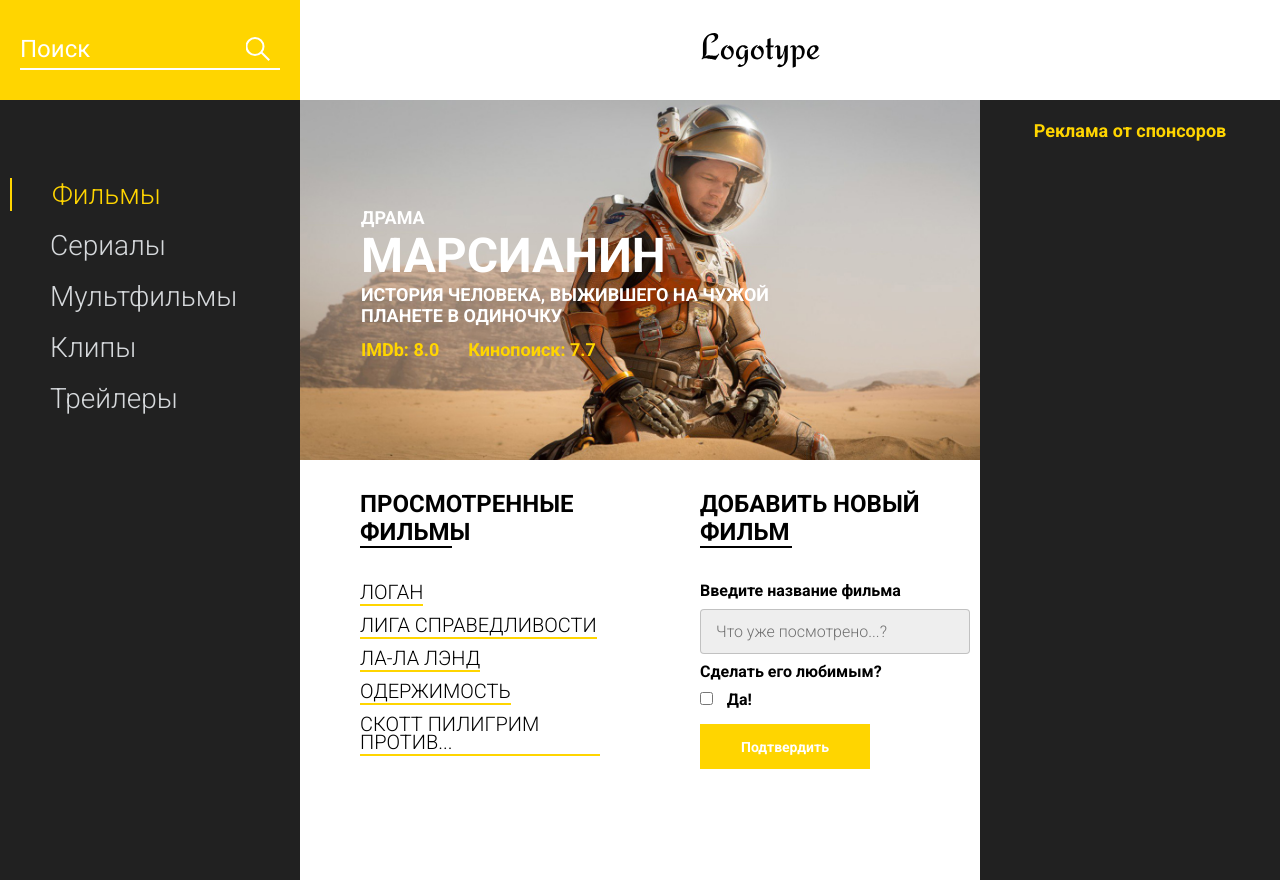
Repository: armus503/practice.-using-events-on-the-project-page
Page: index.html
The author's editor kept a copy of each file at every save. The page is drawn from the files as they stood at one save, then again after the next save.
The browser window is 1280 px wide. The pictures show the whole page.

Above is the page before, as saved 2021-09-05 17:44:57.
Console error: ReferenceError: moveList is not defined

### index.html
<!DOCTYPE html>
<html lang="en">

<head>
    <meta charset="UTF-8">
    <meta name="viewport" content="width=device-width, initial-scale=1.0">
    <title>Movie DB</title>
    <link href="https://fonts.googleapis.com/css?family=Roboto:300,400,700&display=swap&subset=cyrillic-ext" rel="stylesheet">
    <link rel="stylesheet" href="css/style.min.css">
</head>

<body>
    <header class="header">
        <div class="header__search">
            <form action="#">
                <input type="text" placeholder="Поиск">
            </form>
        </div>
        <div class="header__logo">
            <img src="icons/Logotype.svg" alt="logo">
        </div>
    </header>
    <main class="promo">
        <div class="promo__menu">
            <nav class="promo__menu-list">
                <ul>
                    <li><a class="promo__menu-item promo__menu-item_active" href="#">Фильмы</a></li>
                    <li><a class="promo__menu-item" href="#">Сериалы</a></li>
                    <li><a class="promo__menu-item" href="#">Мультфильмы</a></li>
                    <li><a class="promo__menu-item" href="#">Клипы</a></li>
                    <li><a class="promo__menu-item" href="#">Трейлеры</a></li>
                </ul>
            </nav>
        </div>
        <div class="promo__content">
            <div class="promo__bg">
                <div class="promo__genre">КОМЕДИЯ</div>
                <div class="promo__title">МАРСИАНИН</div>
                <div class="promo__descr">ИСТОРИЯ ЧЕЛОВЕКА, ВЫЖИВШЕГО НА ЧУЖОЙ ПЛАНЕТЕ В ОДИНОЧКУ</div>
                <div class="promo__ratings">
                    <span>IMDb: 8.0</span>
                    <span>Кинопоиск: 7.7</span>
                </div>
            </div>
            <div class="promo__interactive">
                <div>
                    <div class="promo__interactive-title">ПРОСМОТРЕННЫЕ ФИЛЬМЫ</div>
                    <ul class="promo__interactive-list">
                        <li class="promo__interactive-item">ЛОГАН
                            <div class="delete"></div>
                        </li>
                        <li class="promo__interactive-item">ЛИГА СПРАВЕДЛИВОСТИ
                            <div class="delete"></div>
                        </li>
                        <li class="promo__interactive-item">ЛА-ЛА ЛЭНД
                            <div class="delete"></div>
                        </li>
                        <li class="promo__interactive-item">ОДЕРЖИМОСТЬ
                            <div class="delete"></div>
                        </li>
                        <li class="promo__interactive-item">СКОТТ ПИЛИГРИМ ПРОТИВ...
                            <div class="delete"></div>
                        </li>
                    </ul>
                </div>
                <div>
                    <form class="add">
                        <div class="promo__interactive-title">ДОБАВИТЬ НОВЫЙ ФИЛЬМ</div>
                        <span>Введите название фильма</span>
                        <input class="adding__input" type="text" placeholder="Что уже посмотрено...?">
                        <span>Сделать его любимым?</span>
                        <input type="checkbox">
                        <span class="yes">Да!</span>
                        <button>Подтвердить</button>
                    </form>
                </div>
            </div>
        </div>
        <div class="promo__adv">
            <div class="promo__adv-title">Реклама от спонсоров</div>
            <img src="img/content_1.jpg" alt="some picture">
            <img src="img/content_2.jpg" alt="some picture">
            <img src="img/content_3.png" alt="some picture">
        </div>
    </main>

    <script src="js/script.js"></script>
</body>

</html>

### js/script.js
/* Задания на урок:

1) Реализовать функционал: после заполнения формы и нажатия кнопки "Подтвердить" -
новый фильм добавляется в список. Страница не должна перезагружаться.
Новый фильм должен добавляться в movieDB.movies.
Для получения доступа к значению input - обращаемся к нему как input.value;
P.S. Здесь есть несколько вариантов решения задачи, принимается любой, но рабочий.

2) Если название фильма больше, чем 21 символ - обрезать его и добавить три точки

3) При клике на мусорную корзину - элемент будет удаляться из списка (сложно)

4) Если в форме стоит галочка "Сделать любимым" - в консоль вывести сообщение:
"Добавляем любимый фильм"

5) Фильмы должны быть отсортированы по алфавиту */

'use strict';

document.addEventListener('DOMContentLoaded', () => { //для того, чтобы скрипт загрузился только после того как загрузится DOM-дерево используется "DOMContentLoaded"

    const movieDB = {
        movies: [
            "Логан",
            "Лига справедливости",
            "Ла-ла лэнд",
            "Одержимость",
            "Скотт Пилигрим против..."
        ]
    };

    const avdImg = document.querySelectorAll('.promo__adv img'), //вызов списка с рекламой
        promoBg = document.querySelector('.promo__bg'), //получаем элемент для блока с фоном
        promoGenre = promoBg.querySelector('.promo__genre'), //извлекаем элемент из блока с фоном
        promoInteractiveList = document.querySelector('.promo__interactive-list'), //извлекаем элемент(родителя у списка)
        addForm = document.querySelector('form.add'), //получаем элемент отправки формы
        addInput = addForm.querySelector('.adding__input'), //получаем на ввод название фильма
        checkbox = addForm.querySelector('[type="checkbox"]'); //получаем чекбокс "Сделать его любимым?"
    //buttonFormUser = formForUser.querySelector('button'), //получаем кнопку отправки формы

    addForm.addEventListener('submit', (event) => {
        event.preventDefault(); //отмена стандартной перезагрузки страницы при нажатии кнопки "отправить"

        const newFilm = addInput.value; //создаем новую переменную - фильм, введенный пользователем
        const favorite = checkbox.checked; //новая переменная для получения значения при нажатии/не нажатии на чекбокс (checked -свойство для получения булинового значения)

        movieDB.movies.push(newFilm); //добавляем новый фильм, введенный пользователем в массив с фильмами
        movieDB.movies.sort(); //сортируем фильмы из массива по алфавиту
    });

    avdImg.forEach(item => { //перебор элементов списка и удаление по одному
        item.remove(); //вместо стрелочной Ф можно использовать безимянную
    });
    promoGenre.textContent = 'ДРАМА'; //заменяем текст в документе
    promoBg.style.backgroundImage = 'url("/img/bg.jpg")'; //заменяем фоновую картинку

    movieDB.movies.sort(); //сортируем список по алфавиту

    function createMovieList(films, parent) { //Функция для получения и добавления фильмов в список
        parent.innerHTML = "";

        films.forEach((film, i) => {
            parent.innerHTML += `
        <li class="promo__interactive-item">${i + 1} ${film}
            <div class="delete"></div>
        </li>
        `;
        });
    }

    createMovieList(movieDB.movies, moveList); //вызываем нашу функцию
});

Loaded but not shown: css/style.min.css (library)

After the next save:
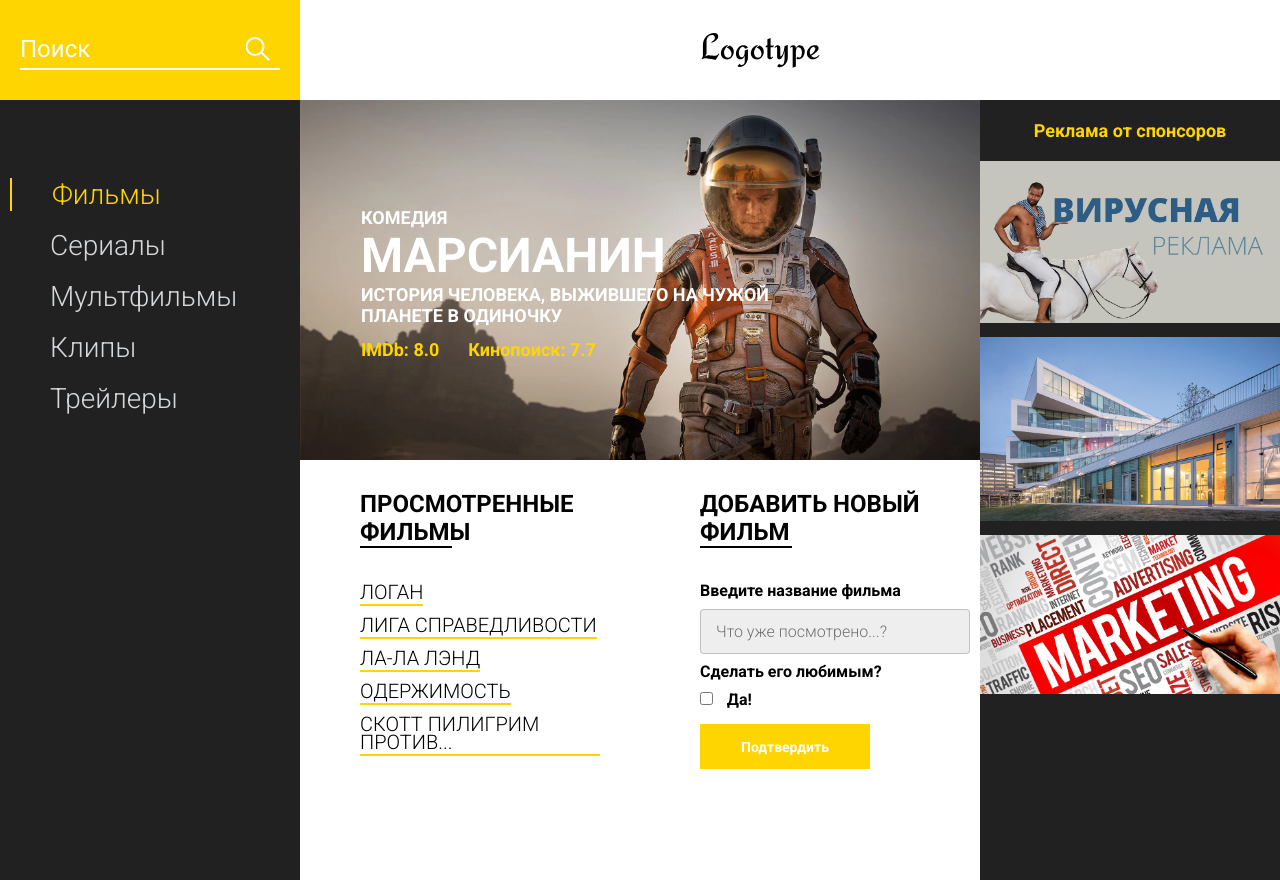
Console error: ReferenceError: avdImg is not defined
Saved 41 h 2 min later.
--- a/js/script.js
+++ b/js/script.js
@@ -29,10 +29,10 @@
         ]
     };
 
-    const avdImg = document.querySelectorAll('.promo__adv img'), //вызов списка с рекламой
-        promoBg = document.querySelector('.promo__bg'), //получаем элемент для блока с фоном
-        promoGenre = promoBg.querySelector('.promo__genre'), //извлекаем элемент из блока с фоном
-        promoInteractiveList = document.querySelector('.promo__interactive-list'), //извлекаем элемент(родителя у списка)
+    const avd = document.querySelectorAll('.promo__adv img'), //вызов списка с рекламой
+        poster = document.querySelector('.promo__bg'), //получаем элемент для блока с фоном
+        genre = poster.querySelector('.promo__genre'), //извлекаем элемент из блока с фоном
+        movieList = document.querySelector('.promo__interactive-list'), //извлекаем элемент(родителя у списка)
         addForm = document.querySelector('form.add'), //получаем элемент отправки формы
         addInput = addForm.querySelector('.adding__input'), //получаем на ввод название фильма
         checkbox = addForm.querySelector('[type="checkbox"]'); //получаем чекбокс "Сделать его любимым?"
@@ -41,7 +41,7 @@
     addForm.addEventListener('submit', (event) => {
         event.preventDefault(); //отмена стандартной перезагрузки страницы при нажатии кнопки "отправить"
 
-        const newFilm = addInput.value; //создаем новую переменную - фильм, введенный пользователем
+        let newFilm = addInput.value; //создаем новую переменную - фильм, введенный пользователем
         const favorite = checkbox.checked; //новая переменная для получения значения при нажатии/не нажатии на чекбокс (checked -свойство для получения булинового значения)
 
         movieDB.movies.push(newFilm); //добавляем новый фильм, введенный пользователем в массив с фильмами
@@ -51,8 +51,8 @@
     avdImg.forEach(item => { //перебор элементов списка и удаление по одному
         item.remove(); //вместо стрелочной Ф можно использовать безимянную
     });
-    promoGenre.textContent = 'ДРАМА'; //заменяем текст в документе
-    promoBg.style.backgroundImage = 'url("/img/bg.jpg")'; //заменяем фоновую картинку
+    genre.textContent = 'ДРАМА'; //заменяем текст в документе
+    poster.style.backgroundImage = 'url("/img/bg.jpg")'; //заменяем фоновую картинку
 
     movieDB.movies.sort(); //сортируем список по алфавиту
 

After the save that followed:
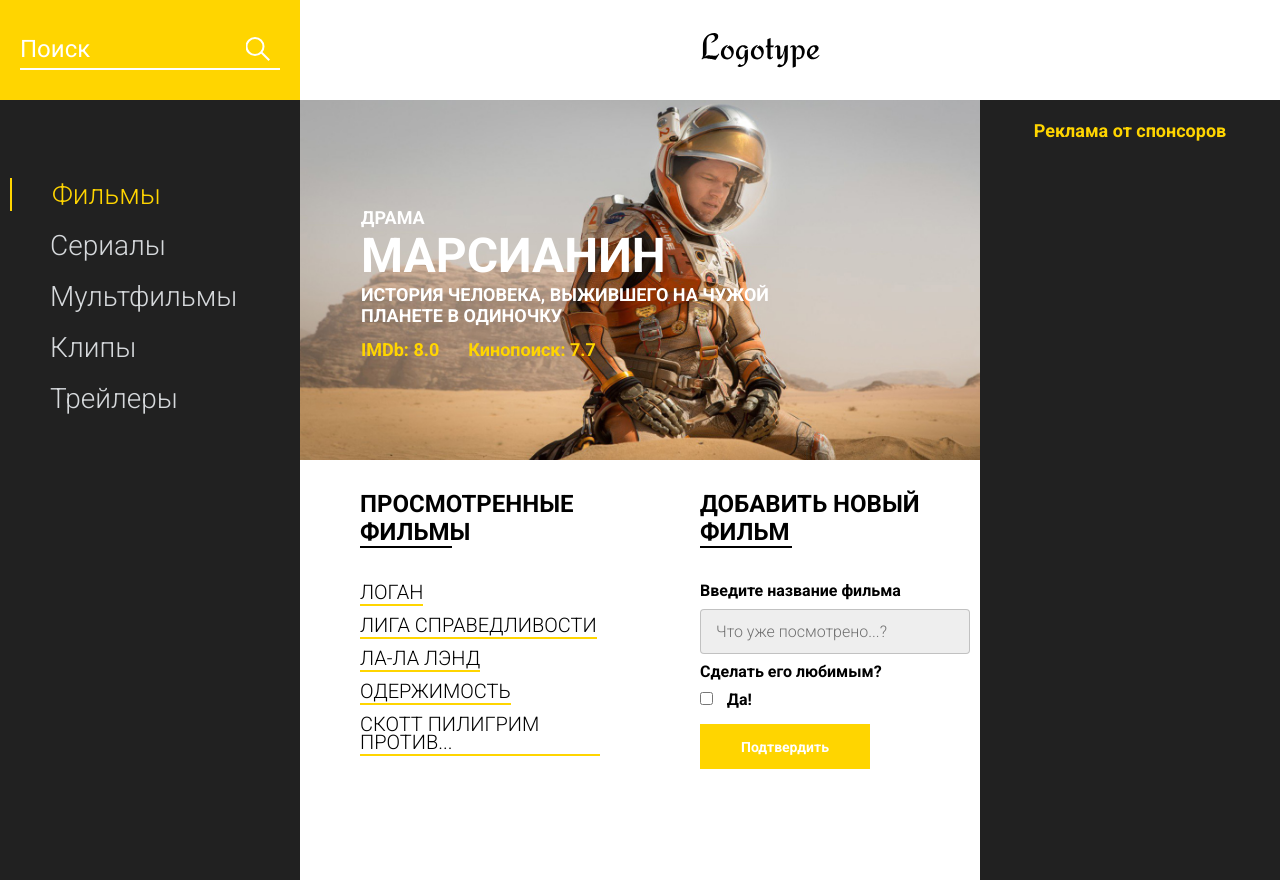
Console error: ReferenceError: moveList is not defined
Saved 28 s later.
--- a/js/script.js
+++ b/js/script.js
@@ -48,7 +48,7 @@
         movieDB.movies.sort(); //сортируем фильмы из массива по алфавиту
     });
 
-    avdImg.forEach(item => { //перебор элементов списка и удаление по одному
+    avd.forEach(item => { //перебор элементов списка и удаление по одному
         item.remove(); //вместо стрелочной Ф можно использовать безимянную
     });
     genre.textContent = 'ДРАМА'; //заменяем текст в документе
